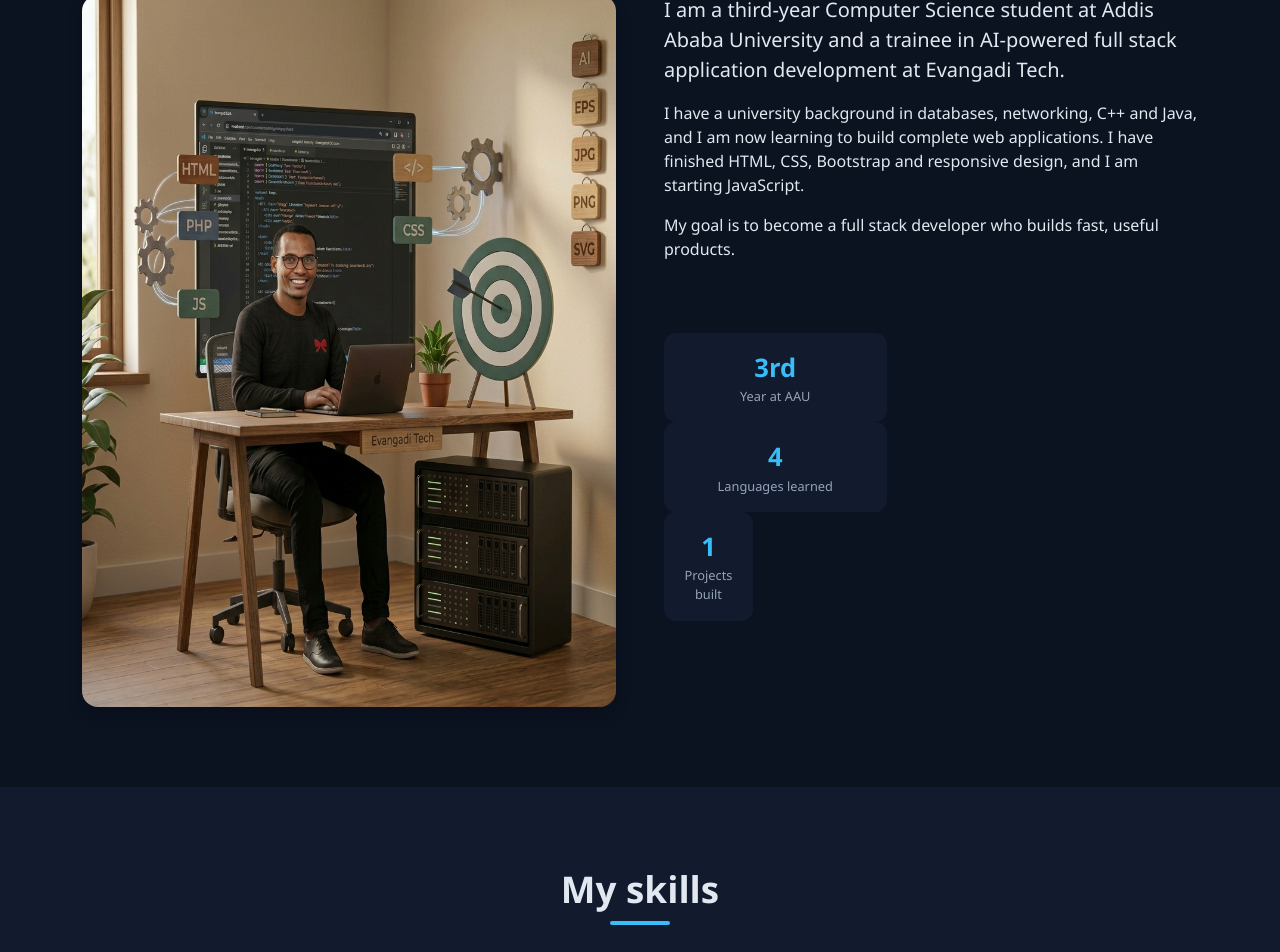
Repository: lawgaw-sefineh/MyPortfolioWebsite
Page: index.html
An editor plug-in stored every save of this project. The page is shown before and after the next save, followed by the edit.
The browser window is 1280 px wide. The pictures show the part of the page from y = 935 to 1887 px (the page is 3784 px tall).

Above is the page before, as saved 2026-10-08 17:28:37.

### index.html
<!DOCTYPE html>
<html lang="en">
<>
  <meta charset="UTF-8">
  <meta name="viewport" content="width=device-width, initial-scale=1">

  <!-- 1. TITLE: the blue link in Google results. Keep it under 60 characters -->
  <title>Lawgaw | Full Stack Developer in Addis Ababa, Ethiopia</title>

  <!-- 2. DESCRIPTION: the grey text under the title. Keep it 120 to 160 characters -->
  <meta name="description" content="Lawgaw is a Computer Science student at Addis Ababa University and an aspiring full stack developer. See my responsive web projects built with HTML, CSS, Bootstrap and JavaScript.">

  <!-- 3. Author and search robots -->
  <meta name="author" content="Lawgaw [Your Last Name]">
  <meta name="robots" content="index, follow">

  <!-- 4. Canonical: the one real address of this page -->
  <link rel="canonical" href="https://[your-username].github.io/">

  <!-- 5. Open Graph: the card shown when you share the link on Telegram, LinkedIn, Facebook -->
  <meta property="og:type" content="website">
  <meta property="og:title" content="Lawgaw | Full Stack Developer">
  <meta property="og:description" content="Aspiring full stack developer from Addis Ababa. View my projects and get in touch.">
  <meta property="og:url" content="https://[your-username].github.io/">
  <meta property="og:image" content="https://[your-username].github.io/images/share-image.jpg">

  <!-- 6. Twitter / X card -->
  <meta name="twitter:card" content="summary_large_image">
  <meta name="twitter:title" content="Lawgaw | Full Stack Developer">
  <meta name="twitter:description" content="Aspiring full stack developer from Addis Ababa. View my projects.">
  <meta name="twitter:image" content="https://[your-username].github.io/images/share-image.jpg">

  <!-- 7. Icon in the browser tab and color of the phone address bar -->
  <link rel="icon" href="images/favicon.png">
  <meta name="theme-color" content="#0b1220">

  <!-- 8. Structured data: tells Google who you are -->
  <script type="application/ld+json">
  {
    "@context": "https://schema.org",
    "@type": "Person",
    "name": "Lawgaw Sefineh",
    "jobTitle": "Aspiring Full Stack Developer",
    "url": "https://lawgaw-sefineh.github.io/",
    "image": "https://[your-username].github.io/images/profile.jpg",
    "alumniOf": "Addis Ababa University",
    "address": { "@type": "PostalAddress", "addressLocality": "Addis Ababa", "addressCountry": "ET" },
    "sameAs": [
      "https://github.com/[your-username]",
      "https://linkedin.com/in/[your-username]"
    ]
  }
  </script>
<!-- <link rel="stylesheet" href="https://cdn.jsdelivr.net/npm/bootstrap@5.3.8/dist/css/bootstrap.min.css"> -->
  <!-- <link href="https://cdn.jsdelivr.net/npm/bootstrap@5.3.3/dist/css/bootstrap.min.css" rel="stylesheet"> -->
  <!-- <link href="css/style.css" rel="stylesheet"> -->

  <!-- Bootstrap first, your CSS second -->
   <link href="./css/bootstrap.css" rel="stylesheet">
  <link href="css/style.css" rel="stylesheet">
</head>
<body>

  <!-- ================= NAVBAR ================= -->
  <nav class="navbar navbar-expand-lg navbar-dark fixed-top site-nav">
    <div class="container">
      <a class="navbar-brand fw-bold" href="#home">Lawgaw<span class="accent">.</span></a>
      <button class="navbar-toggler" type="button" data-bs-toggle="collapse"
              data-bs-target="#menu" aria-controls="menu" aria-expanded="false" aria-label="Toggle menu">
        <span class="navbar-toggler-icon"></span>
      </button>
      <div class="collapse navbar-collapse" id="menu">
        <ul class="navbar-nav ms-auto">
          <li class="nav-item"><a class="nav-link" href="#home">Home</a></li>
          <li class="nav-item"><a class="nav-link" href="#about">About</a></li>
          <li class="nav-item"><a class="nav-link" href="#skills">Skills</a></li>
          <li class="nav-item"><a class="nav-link" href="#projects">Projects</a></li>
          <li class="nav-item"><a class="nav-link" href="#contact">Contact</a></li>
        </ul>
      </div>
    </div>
  </nav>


  <!-- ================= HERO =================
       BACKGROUND IMAGE: images/hero-bg.jpg  (set in CSS, class .hero)
       PROFILE PHOTO:    images/profile.jpg  (below)                 -->
  <header id="home" class="hero d-flex align-items-center text-center">
    <div class="container">
      <img src="images/lawgawpro3.jpg" class="hero-photo rounded-circle mb-4" alt="Photo of Lawgaw">
      <p class="hero-hello mb-2">Hello, I'm</p>
      <h1 class="hero-title fw-bold mb-3">Lawgaw Sefineh</h1>
      <p class="hero-role mb-4">Aspiring Full Stack Developer</p>
      <div class="d-flex flex-column flex-sm-row justify-content-center gap-3">
        <a href="#projects" class="btn btn-accent btn-lg">View my work</a>
        <a href="#contact" class="btn btn-outline-light btn-lg">Contact me</a>
      </div>
    </div>
  </header>

  <!-- ================= ABOUT =================
       IMAGE: images/about.jpg                -->
<section id="about" class="section">
  <div class="container">
    <h2 class="section-title text-center mb-5">About me</h2>

    <div class="row align-items-stretch g-5">
      <!-- Left Column: Image -->
      <div class="col-12 col-md-6 L_banner">
        <img src="images/fullstackjou.jpg" class="banner-photo img-fluid rounded-4 shadow h-80 w-100 object-fit-cover" alt="lawgaw working on a laptop">
      </div>

      <!-- Right Column: Text -->
      <div class=" h-100 col-12 col-md-6 d-flex flex-column justify-content-center">
        <p class="lead">
          I am a third-year Computer Science student at Addis Ababa University and a
          trainee in AI-powered full stack application development at Evangadi Tech.
        </p>
        <p>
          I have a university background in databases, networking, C++ and Java, and I am now
          learning to build complete web applications. I have finished HTML, CSS, Bootstrap and
          responsive design, and I am starting JavaScript.
        </p>
        <p class="mb-4">My goal is to become a full stack developer who builds fast, useful products.</p>

        <div class="text-center g-3 mt-5">
          <div class="col-5">
            <div class="fact">
              <span class="fact-number">3rd</span>
              <span class="fact-label">Year at AAU</span>
            </div>
          </div>
          <div class="col-5">
            <div class="fact">
              <span class="fact-number">4</span>
              <span class="fact-label">Languages learned</span>
            </div>
          </div>
          <div class="col-2">
            <div class="fact">
              <span class="fact-number">1</span>
              <span class="fact-label">Projects built</span>
            </div>
          </div>
        </div>
      </div>
    </div>
  </div>
</section>

  <!-- ================= SKILLS ================= -->
  <section id="skills" class="section section-alt">
    <div class="container">
      <h2 class="section-title text-center mb-5">My skills</h2>

      <!-- 2 per row on phone, 3 on tablet, 4 on desktop -->
      <div class="row g-3 g-lg-4 text-center">
        <div class="col-6 col-md-4 col-lg-3">
          <div class="skill-card"><h3>HTML</h3>
            <p>Page structure and semantic tags</p>
          </div>
        </div>
        <div class="col-6 col-md-4 col-lg-3">
          <div class="skill-card"><h3>CSS</h3>
            <p>Flexbox, media queries, styling</p>
          </div>
        </div>
        <div class="col-6 col-md-4 col-lg-3">
          <div class="skill-card"><h3>Bootstrap</h3>
            <p>Grid, utilities, components</p>
          </div>
        </div>
        <div class="col-6 col-md-4 col-lg-3">
          <div class="skill-card"><h3>JavaScript</h3>
            <p>Currently learning</p>
          </div>
        </div>
       <div class="col-6 col-md-4 col-lg-3">
          <div class="skill-card"><h3>DSA</h3>
            <p>Currently learning</p>
          </div>
       </div>
      <div class="col-6 col-md-4 col-lg-3">
          <div class="skill-card"><h3>Python</h3>
            <p>Currently learning</p>
          </div>
      </div>
        <div class="col-6 col-md-4 col-lg-3">
          <div class="skill-card"><h3>C++</h3>
            <p>University coursework</p>
          </div>
        </div>
        <div class="col-6 col-md-4 col-lg-3">
          <div class="skill-card"><h3>Java</h3>
            <p>University coursework</p></div>
        </div>
        <div class="col-6 col-md-4 col-lg-3"><div class="skill-card"><h3>Databases</h3>
          <p>University coursework</p>
        </div>
      </div>
        <div class="col-6 col-md-4 col-lg-3"><div class="skill-card"><h3>Networking</h3>
          <p>University coursework</p>
        </div>
        </div>
      </div>
    </div>
  </section>

  <!-- ================= PROJECTS =================
       IMAGES: images/project-1.jpg, project-2.jpg, project-3.jpg -->
  <section id="projects" class="section">
    <div class="container">
      <h2 class="section-title text-center mb-5">My projects</h2>

      <!-- 1 per row on phone, 2 on tablet, 3 on desktop -->
      <div class="row g-4">

        <div class="col-12 col-md-6 col-lg-4">
          <div class="card project-card h-100">
            <img src="images/project1.jpg" class="card-img-top" alt="Apple website replica">
            <div class="card-body d-flex flex-column">
              <h3 class="card-title h5">Apple Website Replica</h3>
              <p class="card-text">A responsive copy of the Apple home page built with HTML, CSS and Bootstrap.</p>
              <div class="mt-auto">
                <a href="https://appl-responsive-replica.netlify.app/" class="btn btn-sm btn-accent">Live demo</a>
                <a href="https://github.com/lawgaw-sefineh/Apple-Responsive-Replica.git" class="btn btn-sm btn-outline-secondary">Code</a>
              </div>
            </div>
          </div>
        </div>

        <div class="col-12 col-md-6 ">
          <div class="card project-card h-100">
            <img src="images/project2.jpg" class="card-img-top w-80" alt="Personal portfolio">
            <div class="card-body d-flex flex-column">
              <h3 class="card-title h5">Personal Portfolio</h3>
              <p class="card-text">This website. A mobile-first design using the Bootstrap grid and media queries.</p>
              <div class="mt-auto">
                <a href="#" class="btn btn-sm btn-accent">Live demo</a>
                <a href="https://github.com/lawgaw-sefineh/MyPortfolioWebsite.git" class="btn btn-sm btn-outline-secondary">Code</a>
              </div>
            </div>
          </div>
        </div>

        <div class="col-12 col-md-6 col-lg-4">
          <div class="card project-card h-100">
            <img src="images/project-3.jpg" class="card-img-top" alt="Next project">
            <div class="card-body d-flex flex-column">
              <h3 class="card-title h5">Next: JavaScript Project</h3>
              <p class="card-text">Coming soon. A small interactive app once I finish learning JavaScript.</p>
              <div class="mt-auto">
                <a href="#" class="btn btn-sm btn-outline-secondary disabled">Coming soon</a>
              </div>
            </div>
          </div>
        </div>

      </div>
    </div>
  </section>


  <!-- ================= CONTACT =================
       BACKGROUND IMAGE: images/contact-bg.jpg (set in CSS, class .contact) -->
  <section id="contact" class="contact section text-center">
    <div class="container">
      <h2 class="section-title mb-3">Let's work together</h2>
      <p class="lead mb-4">I am open to internships, junior roles and collaboration.</p>

      <div class="d-flex flex-column flex-sm-row justify-content-center gap-3">
        <a href="mailto:lawgawsefineh1@gmail.com" class="btn btn-accent btn-lg">Email me</a>
        <a href="https://github.com/lawgaw-sefineh" class="btn btn-outline-light btn-lg">GitHub</a>
        <a href="https://linkedin.com/in/lawgaw-sefineh" class="btn btn-outline-light btn-lg">LinkedIn</a>
        <a href="https://t.me/christSmary" class="btn btn-outline-light btn-lg">Telegram</a>
      </div>
    </div>
  </section>


  <!-- ================= FOOTER ================= -->
  <footer class="site-footer text-center py-4">
    <p class="mb-0 small">&copy; 2026 Lawgaw. Built with HTML, CSS and Bootstrap.</p>
  </footer>

  <!-- Bootstrap JS: needed for the mobile menu button -->
  <script src="https://cdn.jsdelivr.net/npm/bootstrap@5.3.3/dist/js/bootstrap.bundle.min.js"></script>
</body>
</html>

### css/style.css
/* =========================================================
   css/style.css - Portfolio (Bootstrap + custom CSS)
   Image paths start with ../images/ because this file is in css/
   ========================================================= */

/* ---------- 1. Colors and basics ---------- */
:root {
  --bg-dark: #0b1220;
  --bg-card: #121a2e;
  --accent: #38bdf8;
  --text: #e2e8f0;
  --muted: #94a3b8;
}

html {
  scroll-behavior: smooth;
  scroll-padding-top: 70px;
} /* menu does not cover titles */

body {
  font-family:
    "Segoe UI",
    system-ui,
    -apple-system,
    Arial,
    sans-serif;
  background: var(--bg-dark);
  color: var(--text);
}

.accent {
  color: var(--accent);
}

/* ---------- 2. Navbar ---------- */
.site-nav {
  background: rgba(11, 18, 32, 0.92);
  backdrop-filter: blur(6px);
}
.site-nav .nav-link {
  color: var(--text);
}
.site-nav .nav-link:hover {
  color: var(--accent);
}

/* ---------- 3. Buttons ---------- */
.btn-accent {
  background: var(--accent);
  border-color: var(--accent);
  color: #06111f;
  font-weight: 600;
}
.btn-accent:hover {
  background: #7dd3fc;
  border-color: #7dd3fc;
  color: #06111f;
}

/* ---------- 4. HERO (background image: images/hero-bg.jpg) ---------- */
.hero {
  min-height: 100vh;
  padding: 6rem 0 3rem;
  /* dark overlay on top of the image, so white text stays readable */
  background-image:
    linear-gradient(rgba(11, 18, 32, 0.75), rgba(11, 18, 32, 0.85)),
    url("../images/hero-bg.jpg");
  background-size: cover;
  background-position: center;
  background-repeat: no-repeat;
  background-color: var(--bg-dark); /* shows if the image is missing */
}

.hero-photo {
  width: 130px;
  height: 130px;
  object-fit: cover; /* crops the photo to a square */
  border: 4px solid var(--accent);
}

.hero-hello {
  color: var(--accent);
  font-size: 1.1rem;
}
.hero-title {
  font-size: 2.2rem;
} /* mobile size */
.hero-role {
  font-size: 1.15rem;
  color: var(--muted);
}

/* ---------- 5. Sections ---------- */
.section {
  padding: 4rem 0;
}
.section-alt {
  background: var(--bg-card);
}

.section-title {
  font-size: 1.9rem;
  font-weight: 700;
}
.section-title::after {
  /* small line under each title */
  content: "";
  display: block;
  width: 60px;
  height: 4px;
  margin: 0.6rem auto 0;
  background: var(--accent);
  border-radius: 2px;
}
.contact .section-title::after {
  display: none;
}
/* ---------- 6. About facts ---------- */
.fact {
  background: var(--bg-card);
  border-radius: 0.75rem;
  padding: 1rem 0.5rem;
}
.fact-number {
  display: block;
  font-size: 1.6rem;
  font-weight: 700;
  color: var(--accent);
}
.fact-label {
  display: block;
  font-size: 0.8rem;
  color: var(--muted);
}
/* ---------- 7. Skills ---------- */
.skill-card {
  background: var(--bg-dark);
  border: 1px solid #1e293b;
  border-radius: 0.75rem;
  padding: 1.5rem 1rem;
  height: 100%;
  transition:
    transform 0.2s,
    border-color 0.2s;
}
.skill-card:hover {
  transform: translateY(-6px);
  border-color: var(--accent);
}
.skill-card h3 {
  font-size: 1.15rem;
  color: var(--accent);
}
.skill-card p {
  margin: 0;
  font-size: 0.9rem;
  color: var(--muted);
}

/* ---------- 8. Project cards ---------- */
.project-card {
  background: var(--bg-card);
  border: 1px solid #1e293b;
  color: var(--text);
  overflow: hidden;
  transition: transform 0.2s;
}
.project-card:hover {
  transform: translateY(-6px);
}
.project-card .card-img-top {
  height: 200px;
  object-fit: cover; /* all project images get the same size */
}
.project-card .card-text {
  color: var(--muted);
}

/* ---------- 9. Contact (background image: images/contact-bg.jpg) ---------- */
.contact {
  background-image: linear-gradient(
    135deg,
    #0b1220 0%,
    #0f2744 50%,
    #0b3b5c 100%
  );
  background-color: var(--bg-dark);
}
/* ---------- 10. Footer ---------- */
.site-footer {
  background: #060a14;
  color: var(--muted);
}

/* =========================================================
   RESPONSIVE (media queries)
   Bootstrap handles the columns; these change sizes only.
   ========================================================= */

/* Tablet: 768px and up */
@media (min-width: 768px) {
  .hero-photo {
    width: 160px;
    height: 160px;
  }
  .hero-title {
    font-size: 3.2rem;
  }
  .hero-role {
    font-size: 1.4rem;
  }
  .section {
    padding: 5rem 0;
  }
  .section-title {
    font-size: 2.3rem;
  }
}

/* Desktop: 992px and up */
@media (min-width: 992px) {
  .hero-photo {
    width: 190px;
    height: 190px;
  }
  .hero-title {
    font-size: 4rem;
  }
  .hero-role {
    font-size: 1.6rem;
  }
  .project-card .card-img-top {
    height: 220px;
  }
}

/* Large desktop: 1400px and up */
@media (min-width: 1400px) {
  .hero-title {
    font-size: 5rem;
  }
}

Loaded but not shown: css/bootstrap.css (library)

After the next save:
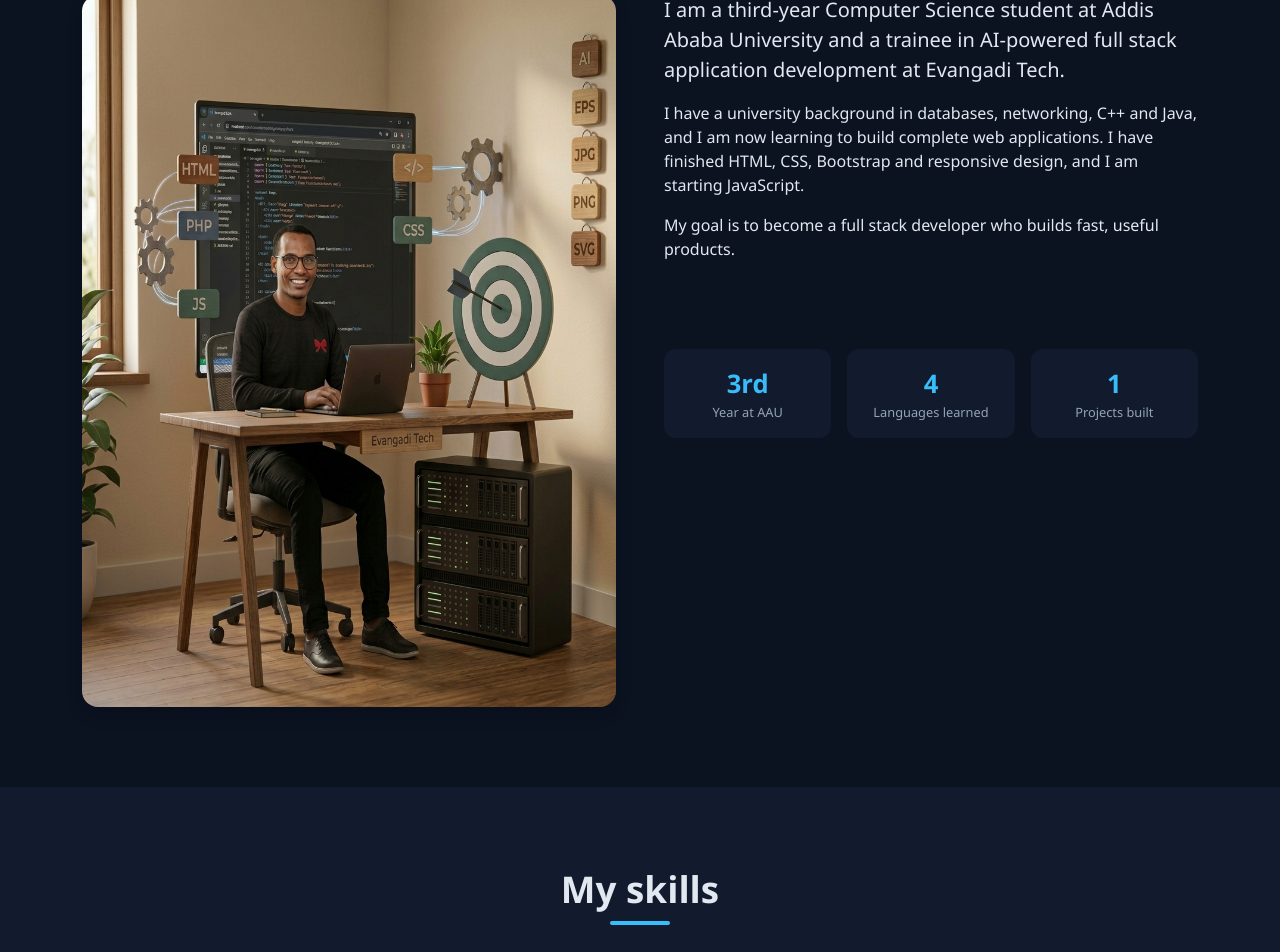
Saved 23 s later.
--- a/index.html
+++ b/index.html
@@ -123,20 +123,20 @@
         </p>
         <p class="mb-4">My goal is to become a full stack developer who builds fast, useful products.</p>
 
-        <div class="text-center g-3 mt-5">
-          <div class="col-5">
+        <div class="row text-center g-3 mt-5">
+          <div class="col-4">
             <div class="fact">
               <span class="fact-number">3rd</span>
               <span class="fact-label">Year at AAU</span>
             </div>
           </div>
-          <div class="col-5">
+          <div class="col-4">
             <div class="fact">
               <span class="fact-number">4</span>
               <span class="fact-label">Languages learned</span>
             </div>
           </div>
-          <div class="col-2">
+          <div class="col-4">
             <div class="fact">
               <span class="fact-number">1</span>
               <span class="fact-label">Projects built</span>
